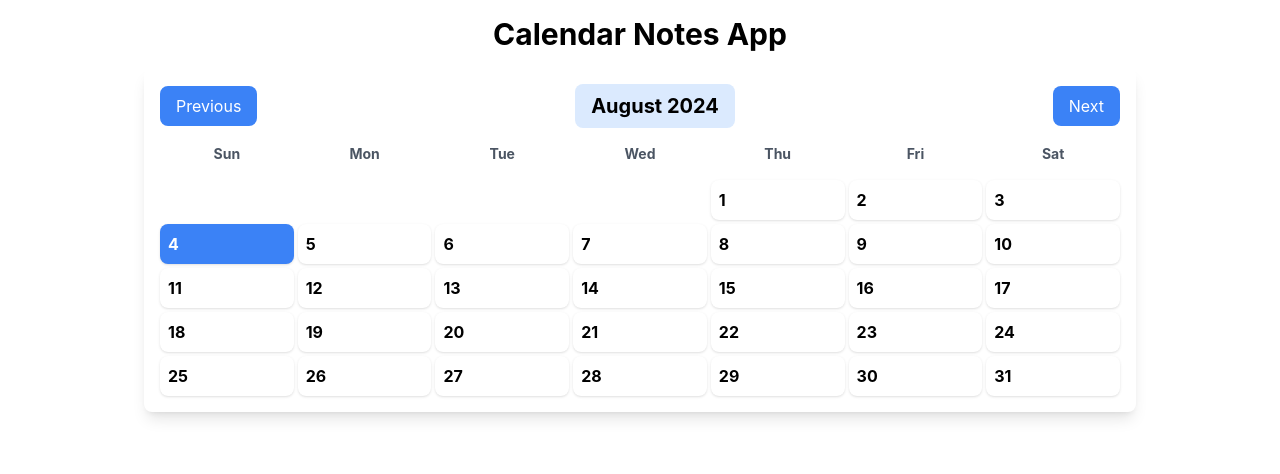
Repository: boogerjosh/Calendar-Notes-App
Page: /
An editor plug-in stored every save of this project. The page is shown before and after the next save, followed by the edit.
The browser window is 1280 px wide. The pictures show the whole page.
The project was rebuilt for these pictures with package versions that can differ from the ones it lists, and the page was loaded fresh each time. Also part of the build but not shown: src/components/NoteModal.tsx.

Above is the page before, as saved 2024-08-04 10:53:18.

### src/App.tsx
import React, { useState } from 'react';
import Calendar from './components/Calendar';
import NoteModal from './components/NoteModal';

interface Note {
  id: string;
  date: Date;
  content: string;
}

const App: React.FC = () => {
  const [selectedDate, setSelectedDate] = useState<Date | null>(null);
  const [notes, setNotes] = useState<Note[]>([]);
  const [isModalOpen, setIsModalOpen] = useState(false);

  const handleDateClick = (date: Date) => {
    setSelectedDate(date);
    setIsModalOpen(true);
  };

  const handleAddNote = (content: string) => {
    if (selectedDate) {
      const newNote: Note = {
        id: Date.now().toString(),
        date: selectedDate,
        content
      };
      setNotes([...notes, newNote]);
      setIsModalOpen(false);
    }
  };

  const getNotesForDate = (date: Date) => {
    return notes.filter(note => note.date.toDateString() === date.toDateString());
  };

  return (
    <div className="container mx-auto p-4 max-w-screen-lg">
      <h1 className="text-2xl md:text-3xl font-bold mb-4 text-center">Calendar Notes App</h1>
      <Calendar onDateClick={handleDateClick} notes={notes} />
      {isModalOpen && selectedDate && (
        <NoteModal
          date={selectedDate}
          notes={getNotesForDate(selectedDate)}
          onClose={() => setIsModalOpen(false)}
          onAddNote={handleAddNote}
        />
      )}
    </div>
  );
};

export default App;

### src/components/Calendar.tsx
import React, { useCallback, useState } from 'react';
import { motion, AnimatePresence } from 'framer-motion';

interface Note {
  id: string;
  date: Date;
  content: string;
}

interface CalendarProps {
  onDateClick: (date: Date) => void;
  notes: Note[];
}

const Calendar: React.FC<CalendarProps> = ({ onDateClick, notes }) => {
  const [currentDate, setCurrentDate] = useState(new Date());
  const [isMonthSelectorVisible, setIsMonthSelectorVisible] = useState(false);
  const monthNames = ["January", "February", "March", "April", "May", "June", "July", "August", "September", "October", "November", "December"];

  const getDaysInMonth = (year: number, month: number) => {
    return new Date(year, month + 1, 0).getDate();
  };

  const getFirstDayOfMonth = (year: number, month: number) => {
    return new Date(year, month, 1).getDay();
  };

  const renderCalendarDays = () => {
    const year = currentDate.getFullYear();
    const month = currentDate.getMonth();
    const daysInMonth = getDaysInMonth(year, month);
    const firstDayOfMonth = getFirstDayOfMonth(year, month);

    const days = [];

    // Add empty cells for days before the first day of the month
    for (let i = 0; i < firstDayOfMonth; i++) {
      days.push(<div key={`empty-${i}`} className="p-1 md:p-2"></div>);
    }

    // Add cells for each day of the month
    for (let i = 1; i <= daysInMonth; i++) {
      const date = new Date(year, month, i);
      const notesForDate = notes.filter(note => note.date.toDateString() === date.toDateString());
      const noteCount = notesForDate.length;
      const isToday = date.toDateString() === new Date().toDateString();

      days.push(
        <div
          key={i}
          className={`p-1 md:p-2 rounded-lg cursor-pointer ${isToday ? 'bg-blue-500 text-white' : noteCount > 0 ? 'bg-blue-100' : 'bg-white hover:bg-gray-100'
            } transition-colors duration-200 shadow`}
          onClick={() => onDateClick(date)}
        >
          <span className={`font-bold text-sm md:text-base ${isToday ? 'text-white' : ''}`}>{i}</span>
          {noteCount > 0 && (
            <div className="w-4 h-4 md:w-5 md:h-5 bg-blue-500 rounded-full ml-1 inline-flex items-center justify-center text-white text-xs">
              {noteCount}
            </div>
          )}
        </div>
      );
    }

    return days;
  };

  const navigateMonth = useCallback((direction: 'prev' | 'next') => {
    setCurrentDate(prevDate => {
      const newDate = new Date(prevDate);
      if (direction === 'prev') {
        newDate.setMonth(prevDate.getMonth() - 1);
      } else {
        newDate.setMonth(prevDate.getMonth() + 1);
      }
      return newDate;
    });
  }, [currentDate]);

  const handleMonthClick = useCallback(() => {
    setIsMonthSelectorVisible(!isMonthSelectorVisible);
  }, [isMonthSelectorVisible]);

  const handleMonthSelect = (monthIndex: number) => {
    setCurrentDate(new Date(currentDate.getFullYear(), monthIndex, 1));
    setIsMonthSelectorVisible(false);
  };

  const renderMonthSelector = () => {
    return (
      <motion.div
        initial={{ opacity: 0, y: -10 }}
        animate={{ opacity: 1, y: 0 }}
        exit={{ opacity: 0, y: -10 }}
        className="absolute top-full left-0 right-0 bg-white border shadow-lg rounded-lg p-2 grid grid-cols-1 gap-2 z-10"
      >
        {monthNames.map((month, index) => (
          <motion.button
            key={month}
            whileHover={{ scale: 1.05 }}
            whileTap={{ scale: 0.95 }}
            onClick={() => handleMonthSelect(index)}
            className="px-2 py-1 text-sm hover:bg-blue-100 rounded transition-colors duration-200"
          >
            {month}
          </motion.button>
        ))}
      </motion.div>
    );
  };

  return (
    <div className="bg-white rounded-lg shadow-lg p-4">
      <div className="flex justify-between items-center mb-4">
        <motion.button
          whileHover={{ scale: 1.05 }}
          whileTap={{ scale: 0.95 }}
          onClick={() => navigateMonth('prev')}
          className="px-2 py-1 md:px-4 md:py-2 bg-blue-500 text-white rounded-lg text-sm md:text-base hover:bg-blue-600 transition-colors duration-200"
        >
          Previous
        </motion.button>
        <div className="relative">
          <motion.button
            whileHover={{ scale: 1.05 }}
            whileTap={{ scale: 0.95 }}
            onClick={handleMonthClick}
            className="text-lg md:text-xl font-bold px-2 py-1 md:px-4 md:py-2 bg-blue-100 rounded-lg hover:bg-blue-200 transition-colors duration-200"
          >
            {monthNames[currentDate.getMonth()]} {currentDate.getFullYear()}
          </motion.button>
          <AnimatePresence>
            {isMonthSelectorVisible && renderMonthSelector()}
          </AnimatePresence>
        </div>
        <motion.button
          whileHover={{ scale: 1.05 }}
          whileTap={{ scale: 0.95 }}
          onClick={() => navigateMonth('next')}
          className="px-2 py-1 md:px-4 md:py-2 bg-blue-500 text-white rounded-lg text-sm md:text-base hover:bg-blue-600 transition-colors duration-200"
        >
          Next
        </motion.button>
      </div>
      <div className="grid grid-cols-7 gap-1 mb-2 md:mb-4">
        {['Sun', 'Mon', 'Tue', 'Wed', 'Thu', 'Fri', 'Sat'].map(day => (
          <div key={day} className="font-bold text-center text-xs md:text-sm text-gray-600">{day}</div>
        ))}
      </div>
      <motion.div
        initial={{ opacity: 0 }}
        animate={{ opacity: 1 }}
        exit={{ opacity: 0 }}
        className="grid grid-cols-7 gap-1"
      >
        {renderCalendarDays()}
      </motion.div>
    </div>
  );
};

export default Calendar;

Loaded but not shown: public/index.html (common file); src/index.tsx (common file); src/index.css (common file); src/reportWebVitals.ts (common file); tailwind.config.js (common file)

After the next save:
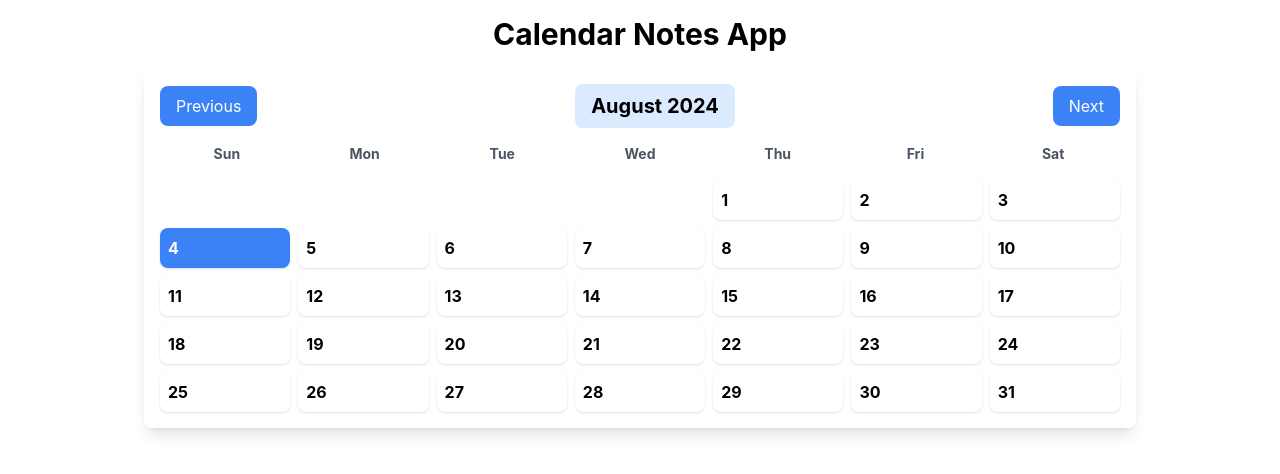
Saved 111 s later.
--- a/src/components/Calendar.tsx
+++ b/src/components/Calendar.tsx
@@ -151,7 +151,7 @@ const Calendar: React.FC<CalendarProps> = ({ onDateClick, notes }) => {
         initial={{ opacity: 0 }}
         animate={{ opacity: 1 }}
         exit={{ opacity: 0 }}
-        className="grid grid-cols-7 gap-1"
+        className="grid grid-cols-7 gap-2"
       >
         {renderCalendarDays()}
       </motion.div>
